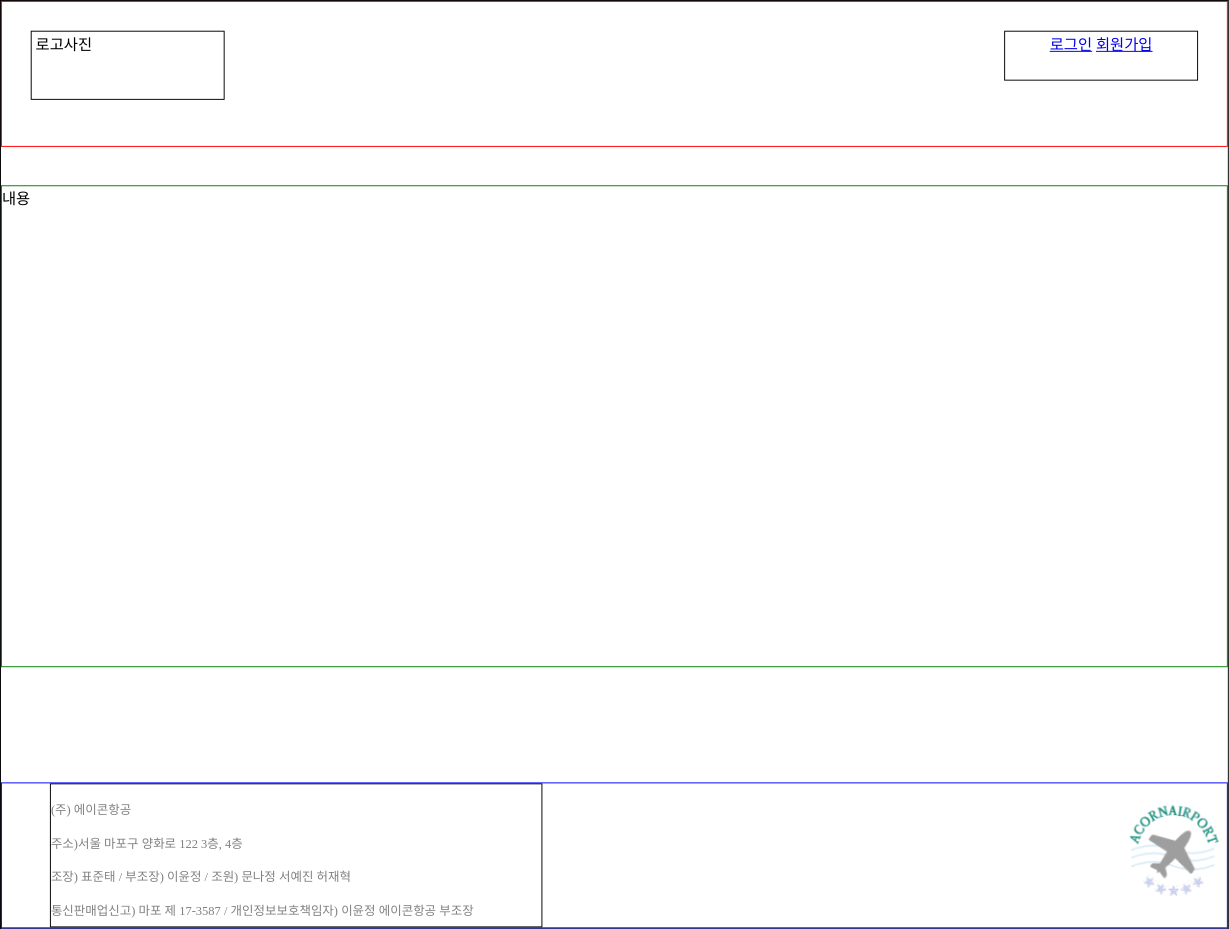
Repository: juntae710/Acorn_AirlineReservation_Project
Page: http://localhost/prj3_1/WEB-INF/views/h_index.jsp
These files come from the project's save history. The page is drawn as it stood at one moment and after the next save; the edit follows.
The browser window is 1280 px wide. The pictures show the whole page, at 96% of full size.
The page is served by Tomcat 9. Nobody is signed in. Other server files are loaded and not shown. The template is opened directly, without the code that normally fills it, so the values that code supplies are empty.

Above is the page before, as saved 2023-09-20 02:05:03.

### Eclipse/prj3_1/src/main/webapp/WEB-INF/views/h_index.jsp
<%@ page language="java" contentType="text/html; charset=UTF-8"
	pageEncoding="UTF-8"%>
<!DOCTYPE html>
<html>
<head>
<meta charset="UTF-8">
<title>Insert title here</title>
<style>
* {
	margin: 0;
}

main {
	border: 1px solid black;
}

header {
	border: 1px solid red;
	height: 150px;
	display: flex;
	position: relative;

}

.headerimg {
	width: 200px;
	height: 70px;
	border: 1px solid black;
	position: absolute;
	left: 30px;
	top: 30px;
}

.headerAtag {
	width: 200px;
	height: 50px;
	border: 1px solid black;
	position: absolute;
	right: 30px;
	top: 30px;
	text-align: center;
}

section {
	border: 1px solid green;
	height: 500px;
	margin-top: 40px;
}

footer {
	border: 1px solid blue;
	height: 150px;
	margin-top: 120px;
	margin-bottom: 0px;
	display: flex;
}

.footer_info {
	border: 1px solid black;
	margin-left: 50px;
	width: 1000px;
	font-size: 13px;
	color: gray;
}

.footer_img {
	width: 200px;
	height: 100px;
	margin-left: 600px;
	margin-top: 13px;
}
</style>
</head>
<body>
	<main>
		<header>
			<div class="headerimg">
				<img src="" alt=""> 로고사진
			</div>

			<%
			String id = (String) session.getAttribute("id");
			%>

			<div class="headerAtag">
				<%
				if (id == null) {
				%>
				<a href="<%=request.getContextPath()%>/h_login">로그인</a>
				<%

				%>
				<a href="<%=request.getContextPath()%>/l_join">회원가입</a>
				<%
				} else {
				%>
				<p>
					아이디:
					<%=id%>님
				</p>
				<a href="<%=request.getContextPath()%>/h_logOut">로그아웃</a> <a
					href="<%=request.getContextPath()%>/UUA.do">마이페이지</a>

				<%
				}
				%>
			</div>

		</header>

		<section>내용</section>



		<footer>
			<div class="footer_info">
				<br>(주) 에이콘항공 <br>
				<br> 주소)서울 마포구 양화로 122 3층, 4층 <br>
				<br> 조장) 표준태 / 부조장) 이윤정 / 조원) 문나정 서예진 허재혁 <br>
				<br> 통신판매업신고) 마포 제 17-3587 / 개인정보보호책임자) 이윤정 에이콘항공 부조장
			</div>
			<div class="footer_img">
				<img alt="이미지" src="<%=request.getContextPath()%>/img/acornairport.png">
			</div>
		</footer>
	</main>
</body>
</html>

After the next save:
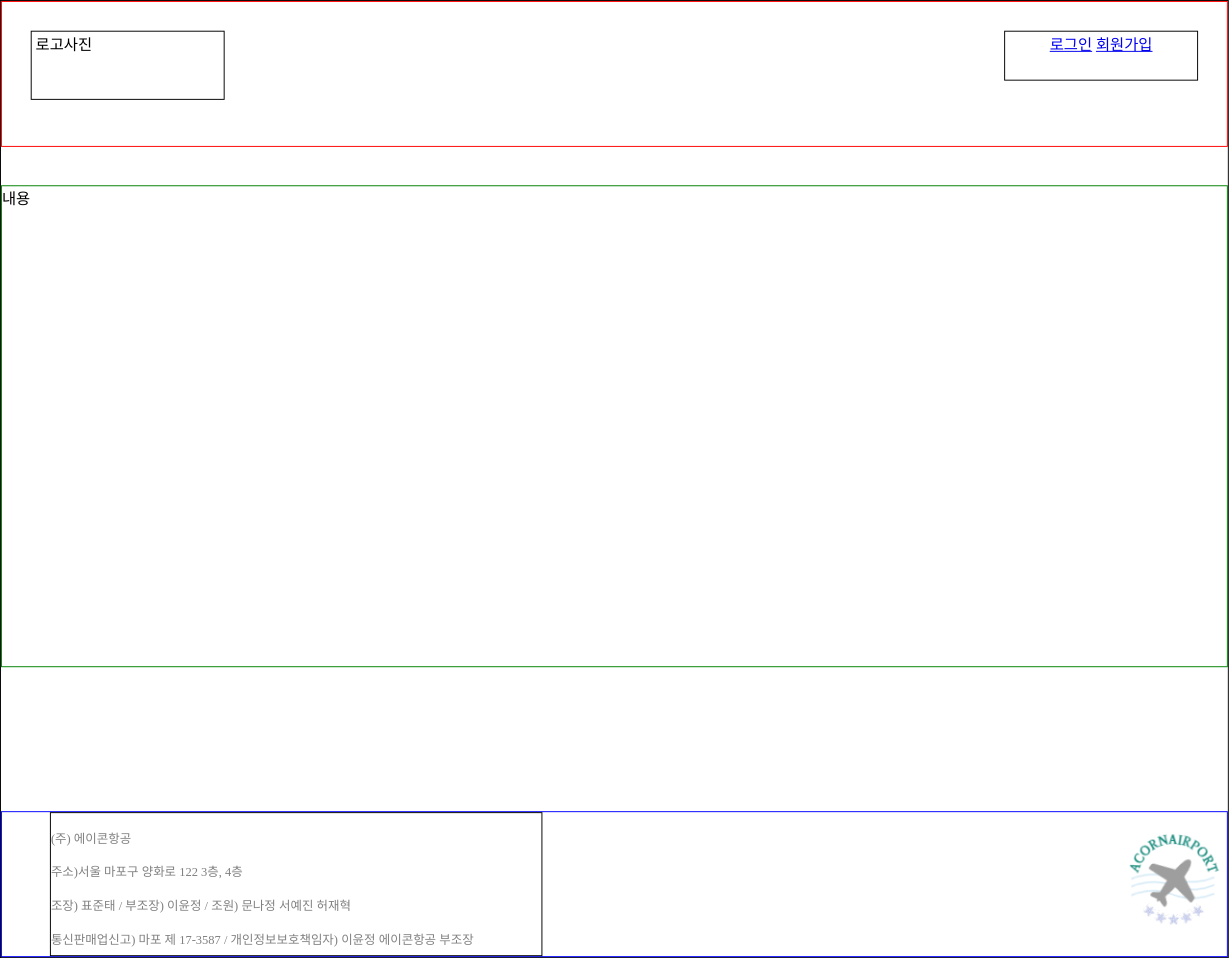
Saved 12 s later.
--- a/Eclipse/prj3_1/src/main/webapp/WEB-INF/views/h_index.jsp
+++ b/Eclipse/prj3_1/src/main/webapp/WEB-INF/views/h_index.jsp
@@ -50,7 +50,7 @@ section {
 footer {
 	border: 1px solid blue;
 	height: 150px;
-	margin-top: 120px;
+	margin-top: 150px;
 	margin-bottom: 0px;
 	display: flex;
 }
